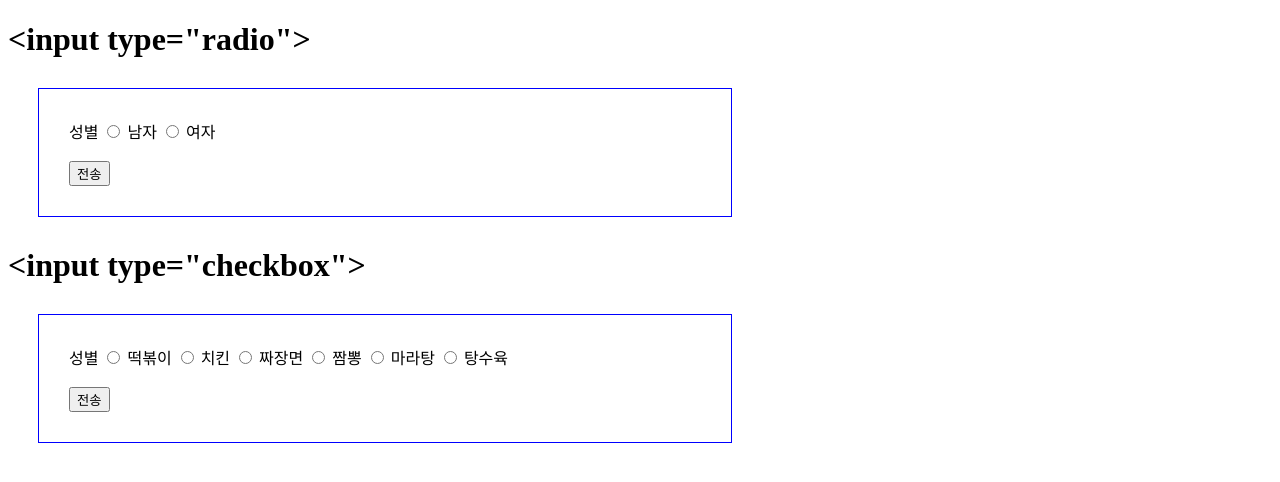
Repository: windy9109/FrontendClass
Page: webpro/src/main/webapp/0225/radio_checkbox.html
An editor plug-in stored every save of this project. The page is shown before and after the next save, followed by the edit.
The browser window is 1280 px wide. The pictures show the whole page.

Above is the page before, as saved 2022-02-25 07:45:41.

After the next save:
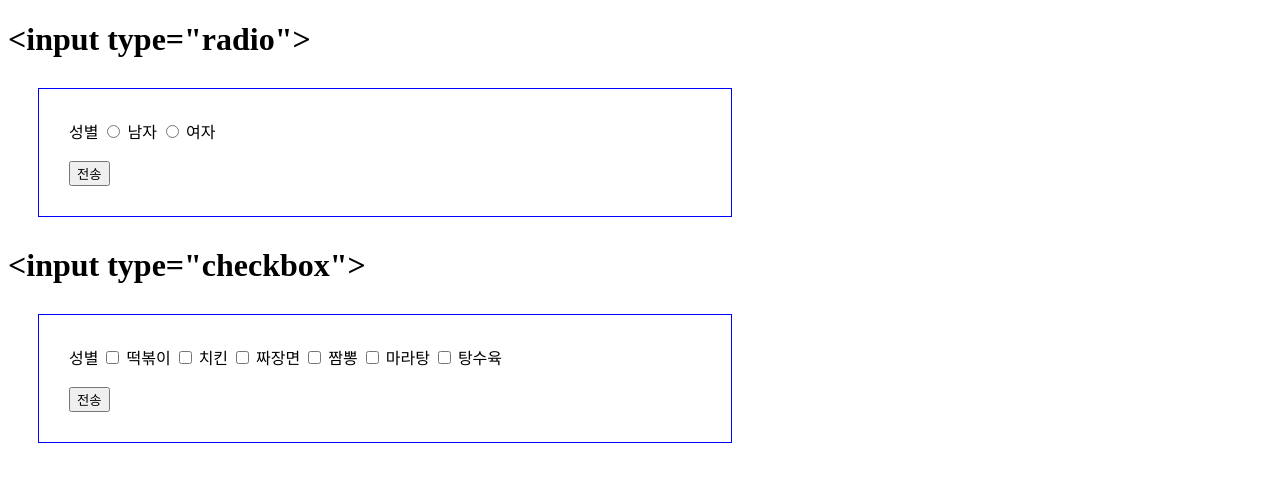
Saved 70 s later.
--- a/webpro/src/main/webapp/0225/radio_checkbox.html
+++ b/webpro/src/main/webapp/0225/radio_checkbox.html
@@ -31,12 +31,12 @@
 <h1>&lt;input type="checkbox"></h1>
 <form action ="radio.jsp" method="post">
 <label>성별</label>
-	<input type="radio" name="food" value="떡볶이"> 떡볶이
-	<input type="radio" name="food" value="치킨"> 치킨
-	<input type="radio" name="food" value="짜장면"> 짜장면
-	<input type="radio" name="food" value="짬뽕"> 짬뽕
-	<input type="radio" name="food" value="마라탕"> 마라탕
-	<input type="radio" name="food" value="탕수육"> 탕수육
+	<input type="checkbox" name="food" value="떡볶이"> 떡볶이
+	<input type="checkbox" name="food" value="치킨"> 치킨
+	<input type="checkbox" name="food" value="짜장면"> 짜장면
+	<input type="checkbox" name="food" value="짬뽕"> 짬뽕
+	<input type="checkbox" name="food" value="마라탕"> 마라탕
+	<input type="checkbox" name="food" value="탕수육"> 탕수육
 	<br><br>
 
 
